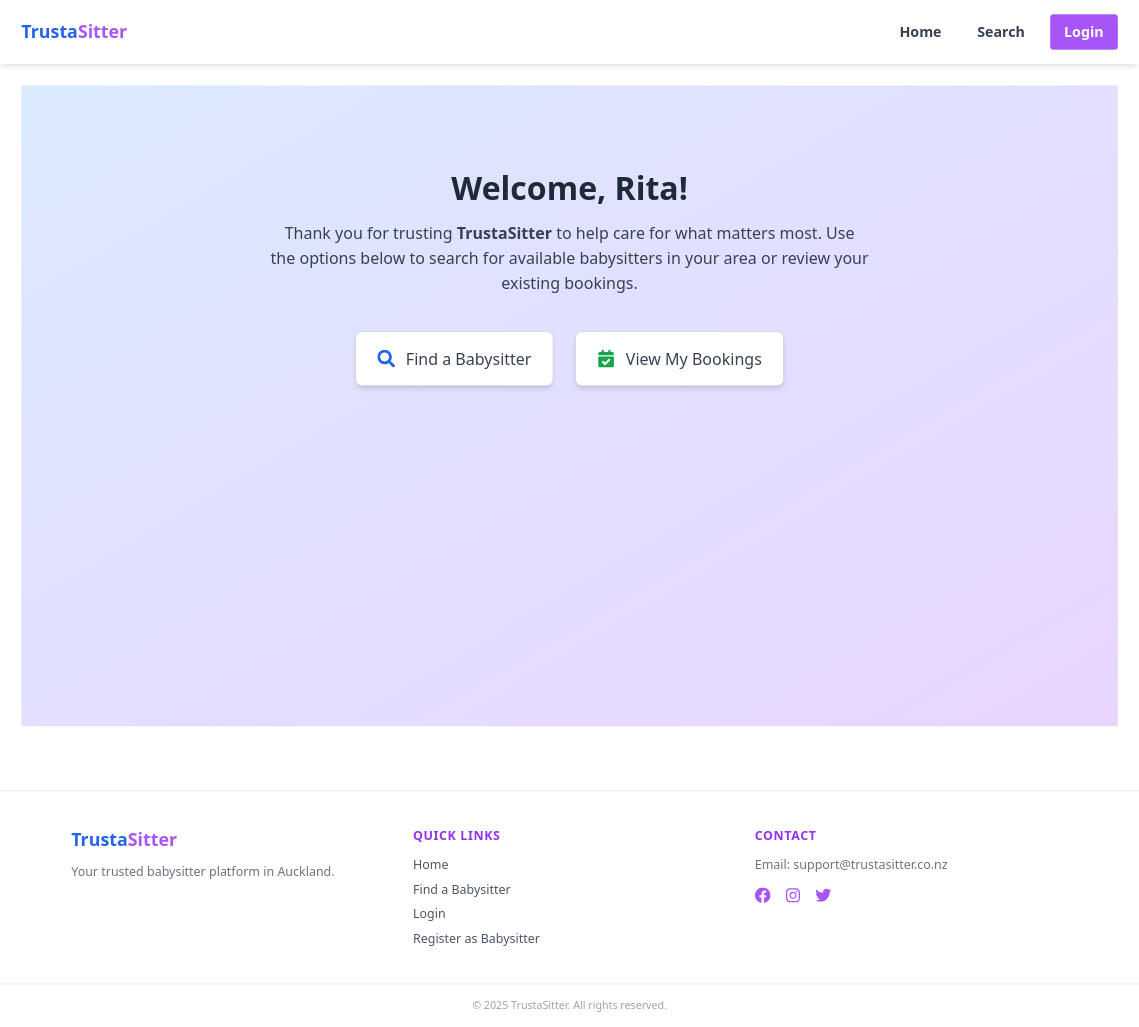
Repository: LargeWC-Code/TrustaSitter
Page: /homeclient (app in trustasitter-frontend/)
An editor plug-in stored every save of this project. The page is shown before and after the next save, followed by the edit.
The browser window is 1280 px wide. The pictures show the whole page, at 89% of full size.
The project was rebuilt for these pictures with package versions that can differ from the ones it lists, and the page was loaded fresh each time. Also part of the build but not shown: trustasitter-frontend/vite.config.js, trustasitter-frontend/src/pages/Home.jsx, trustasitter-frontend/src/pages/Search.jsx, trustasitter-frontend/src/services/api.js, trustasitter-frontend/src/pages/Login.jsx, trustasitter-frontend/src/pages/Bookings.jsx, trustasitter-frontend/src/pages/ChooseRole.jsx, trustasitter-frontend/src/pages/RegisterBabysitter.jsx and 3 more.

Above is the page before, as saved 2025-06-30 02:01:02.

### trustasitter-frontend/index.html
<!doctype html>
<html lang="en">
  <head>
    <meta charset="UTF-8" />
    <link rel="icon" type="image/png" href="/image.png" />
    <meta name="viewport" content="width=device-width, initial-scale=1.0" />
    <title>TrustaSitter</title>
  </head>
  <body>
    <div id="root"></div>
    <script type="module" src="/src/main.jsx"></script>
  </body>
</html>

### trustasitter-frontend/src/main.jsx
import React from 'react';
import ReactDOM from 'react-dom/client';
import App from './App';
import './index.css'; // Importing global styles
import { BrowserRouter } from 'react-router-dom';
import { AuthProvider } from './context/AuthContext';

ReactDOM.createRoot(document.getElementById('root')).render(
  <React.StrictMode>
    <AuthProvider>
        <App />
      </AuthProvider>
    </React.StrictMode>
);

### trustasitter-frontend/src/App.jsx
// App.jsx – Router setup with Navbar
import React from 'react';
import { BrowserRouter as Router, Routes, Route } from 'react-router-dom';

import Navbar from './components/Navbar'; // Importing the Navbar component
import Footer from './components/Footer'; // Importing the Footer component
import Home from './pages/Home';  // Importing the Home component
import Search from './pages/Search';  // Importing the Search component
import Login from './pages/Login';  // Importing the Login component
import Bookings from './pages/Bookings';    // Importing the Bookings component
import ChooseRole from './pages/ChooseRole';  // Importing the ChooseRole component
import RegisterBabysitter from './pages/RegisterBabysitter'; // Importing the RegisterBabysitter component
import RegisterClient from './pages/RegisterClient'; // Importing the RegisterClient component
import  HomeClient from './pages/HomeClient'; // Importing the HomeClient component
import HomeBabysitter from './pages/HomeBabysitter'; // Importing the HomeBabysitter component
import ProfileBabysitter from "./pages/ProfileBabysitter"; // Importing the ProfileBabysitter component
import ScrollToTop from './components/ScrollToTop'; // Importing the ScrollToTop component

const App = () => {
  return (
    <Router>
      <ScrollToTop />
      <Navbar />
      <div className="p-6">
        <Routes>
          <Route path="/homeclient" element={<HomeClient />} />
          <Route path="/register-client" element={<RegisterClient />} />
          <Route path="/home-babysitter" element={<HomeBabysitter />} />
          <Route path="/" element={<Home />} />
          <Route path="/search" element={<Search />} />
          <Route path="/login" element={<Login />} />
          <Route path="/bookings" element={<Bookings />} />
          <Route path="/choose-role" element={<ChooseRole />} />
          <Route path="/register-babysitter" element={<RegisterBabysitter />} />
          <Route path="/profile" element={<ProfileBabysitter />} />
        </Routes>
      </div>
      <Footer />
    </Router>
  );
};

export default App;

### trustasitter-frontend/src/context/AuthContext.js
import React, { createContext, useState, useEffect } from "react";

export const AuthContext = createContext();

export const AuthProvider = ({ children }) => {
  const [user, setUser] = useState(null);
  const [token, setToken] = useState(null);

  // On load, check if token exists in localStorage
  useEffect(() => {
    const storedToken = localStorage.getItem("token");
    const storedUser = localStorage.getItem("user");
    if (storedToken && storedUser) {
      setToken(storedToken);
      setUser(JSON.parse(storedUser));
    }
  }, []);

  // Login function
  const login = (data) => {
    setToken(data.token);
    setUser(data.user);
    localStorage.setItem("token", data.token);
    localStorage.setItem("user", JSON.stringify(data.user));
  };

  // Logout function
  const logout = () => {
    setToken(null);
    setUser(null);
    localStorage.removeItem("token");
    localStorage.removeItem("user");
  };

  return (
    <AuthContext.Provider value={{ user, token, login, logout }}>
      {children}
    </AuthContext.Provider>
  );
};

### trustasitter-frontend/src/components/Navbar.jsx
import { Link } from 'react-router-dom';

function Navbar() {
  return (
    <nav className="bg-white shadow-md px-6 py-4 flex justify-between items-center">
      {/* Logo */}
      <div className="text-xl font-bold">
        <Link to="/" className="text-xl font-bold">
          <span className="text-blue-600">Trusta</span>
          <span className="text-purple-500">Sitter</span>
        </Link>
      </div>

      {/* Navigation Links */}
      <div className="flex items-center gap-4">
        <Link
          to="/"
          className="text-gray-700 font-semibold px-3 py-2 rounded hover:bg-purple-50 hover:text-purple-600 transition"
        >
          Home
        </Link>
        <Link
          to="/search"
          className="text-gray-700 font-semibold px-3 py-2 rounded hover:bg-purple-50 hover:text-purple-600 transition"
        >
          Search
        </Link>
        <Link
          to="/login"
          className="bg-purple-500 hover:bg-purple-600 text-white font-semibold px-4 py-2 rounded transition"
        >
          Login
        </Link>
      </div>
    </nav>
  );
}

export default Navbar;

### trustasitter-frontend/src/components/Footer.jsx
import React from 'react';
import { Link } from 'react-router-dom';
import { FaFacebook, FaInstagram, FaTwitter } from 'react-icons/fa';

const Footer = () => {
  return (
    <footer className="bg-white border-t mt-12">
      <div className="max-w-6xl mx-auto px-4 py-10 grid md:grid-cols-3 gap-8 text-sm text-gray-600">
        {/* Logo and description */}
        <div>
          <h2 className="text-xl font-bold mb-3">
            <span className="text-blue-600">Trusta</span>
            <span className="text-purple-500">Sitter</span>
          </h2>
          <p className="text-gray-500">Your trusted babysitter platform in Auckland.</p>
        </div>

        {/* Quick Links */}
        <div>
          <h3 className="font-semibold mb-3 text-purple-600 uppercase tracking-wider">Quick Links</h3>
          <ul className="space-y-2">
            <li>
              <Link
                to="/"
                onClick={() => window.scrollTo(0, 0)}
                className="hover:underline hover:text-purple-600 transition"
              >
                Home
              </Link>
            </li>
            <li>
              <Link
                to="/search"
                onClick={() => window.scrollTo(0, 0)}
                className="hover:underline hover:text-purple-600 transition"
              >
                Find a Babysitter
              </Link>
            </li>
            <li>
              <Link
                to="/login"
                onClick={() => window.scrollTo(0, 0)}
                className="hover:underline hover:text-purple-600 transition"
              >
                Login
              </Link>
            </li>
            <li>
              <Link
                to="/register-babysitter"
                onClick={() => window.scrollTo(0, 0)}
                className="hover:underline hover:text-purple-600 transition"
              >
                Register as Babysitter
              </Link>
            </li>
          </ul>
        </div>

        {/* Contact and socials */}
        <div>
          <h3 className="font-semibold mb-3 text-purple-600 uppercase tracking-wider">Contact</h3>
          <p className="text-gray-500">Email: support@trustasitter.co.nz</p>
          <div className="flex space-x-4 mt-4">
            <a href="#" className="text-purple-500 hover:text-purple-700 transition">
              <FaFacebook size={18} />
            </a>
            <a href="#" className="text-purple-500 hover:text-purple-700 transition">
              <FaInstagram size={18} />
            </a>
            <a href="#" className="text-purple-500 hover:text-purple-700 transition">
              <FaTwitter size={18} />
            </a>
          </div>
        </div>
      </div>
      <div className="text-center text-xs text-gray-400 py-4 border-t">
        © {new Date().getFullYear()} TrustaSitter. All rights reserved.
      </div>
    </footer>
  );
};

export default Footer;

### trustasitter-frontend/src/pages/HomeClient.jsx
import React from 'react';
import { FaSearch, FaCalendarCheck } from 'react-icons/fa';

const ClientDashboard = () => {
  return (
    <div className="min-h-screen bg-gradient-to-br from-blue-100 to-purple-200 flex items-start justify-center pt-24 px-6">
      <div className="text-center max-w-2xl">
        <h1 className="text-4xl font-bold text-gray-800 mb-4">Welcome, Rita!</h1>
        <p className="text-lg text-gray-700 mb-10">
          Thank you for trusting <strong>TrustaSitter</strong> to help care for what matters most.
          Use the options below to search for available babysitters in your area or review your existing bookings.
        </p>

        <div className="flex flex-col sm:flex-row justify-center gap-6">
          <a
            href="/search"
            className="flex items-center gap-3 bg-white border border-gray-300 shadow-md hover:shadow-xl px-6 py-4 rounded-lg transition"
          >
            <FaSearch className="text-blue-600 text-xl" />
            <span className="text-lg font-medium text-gray-700">Find a Babysitter</span>
          </a>

          <a
            href="/bookings"
            className="flex items-center gap-3 bg-white border border-gray-300 shadow-md hover:shadow-xl px-6 py-4 rounded-lg transition"
          >
            <FaCalendarCheck className="text-green-600 text-xl" />
            <span className="text-lg font-medium text-gray-700">View My Bookings</span>
          </a>
        </div>
      </div>
    </div>
  );
};

export default ClientDashboard;

### trustasitter-frontend/src/components/ScrollToTop.jsx
import { useEffect } from "react";
import { useLocation } from "react-router-dom";

export default function ScrollToTop() {
  const { pathname } = useLocation();

  useEffect(() => {
    window.scrollTo(0, 0);
  }, [pathname]);

  return null;
}
// This component will scroll to the top of the page whenever the pathname changes.

Loaded but not shown: trustasitter-frontend/src/index.css (common file); trustasitter-frontend/tailwind.config.js (common file)

After the next save:
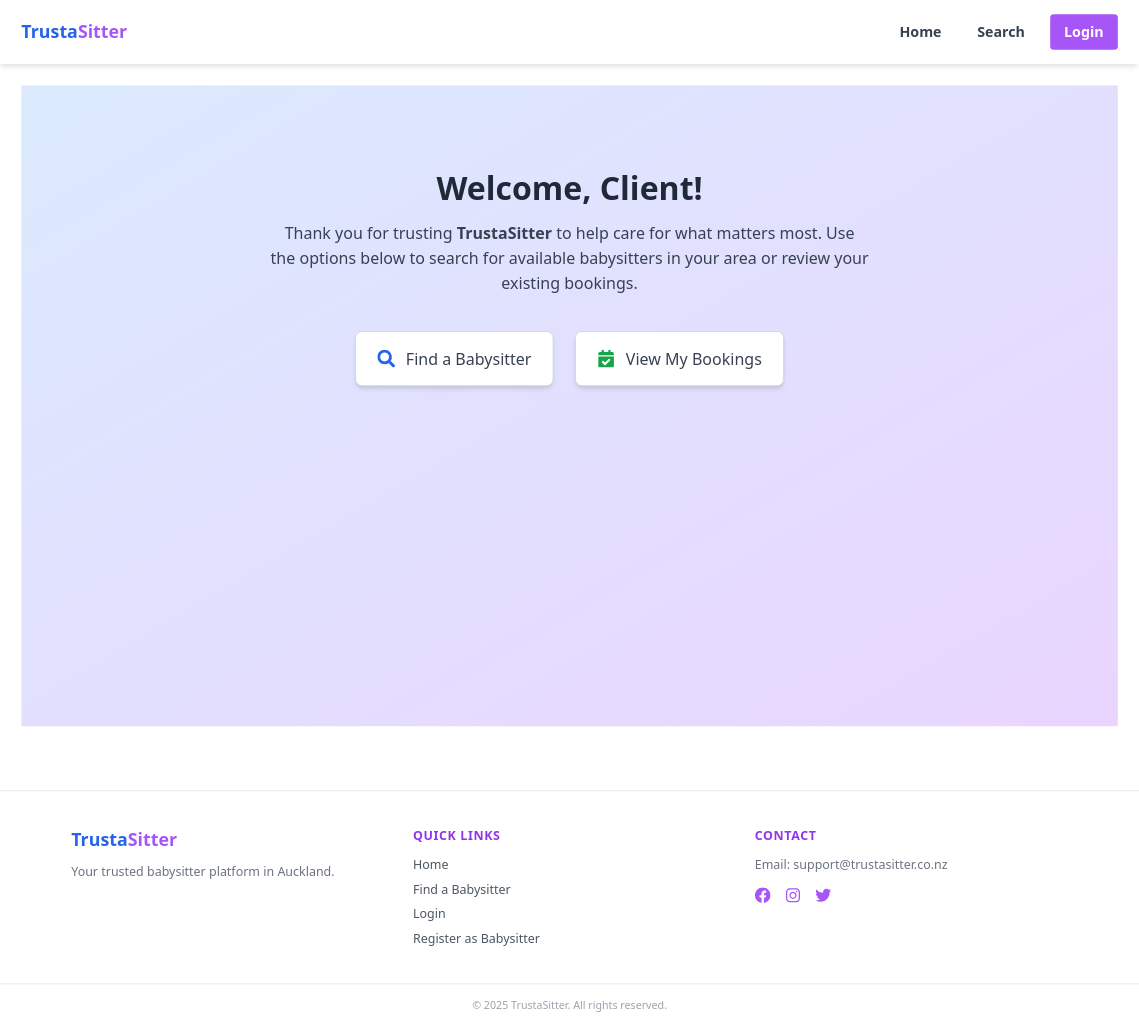
Saved 4 min 5 s later.
--- a/trustasitter-frontend/src/pages/HomeClient.jsx
+++ b/trustasitter-frontend/src/pages/HomeClient.jsx
@@ -1,11 +1,16 @@
-import React from 'react';
-import { FaSearch, FaCalendarCheck } from 'react-icons/fa';
+import React, { useContext } from "react";
+import { FaSearch, FaCalendarCheck } from "react-icons/fa";
+import { AuthContext } from "../context/AuthContext";
 
 const ClientDashboard = () => {
+  const { user } = useContext(AuthContext);
+
   return (
     <div className="min-h-screen bg-gradient-to-br from-blue-100 to-purple-200 flex items-start justify-center pt-24 px-6">
       <div className="text-center max-w-2xl">
-        <h1 className="text-4xl font-bold text-gray-800 mb-4">Welcome, Rita!</h1>
+        <h1 className="text-4xl font-bold text-gray-800 mb-4">
+          Welcome, {user?.name || "Client"}!
+        </h1>
         <p className="text-lg text-gray-700 mb-10">
           Thank you for trusting <strong>TrustaSitter</strong> to help care for what matters most.
           Use the options below to search for available babysitters in your area or review your existing bookings.
